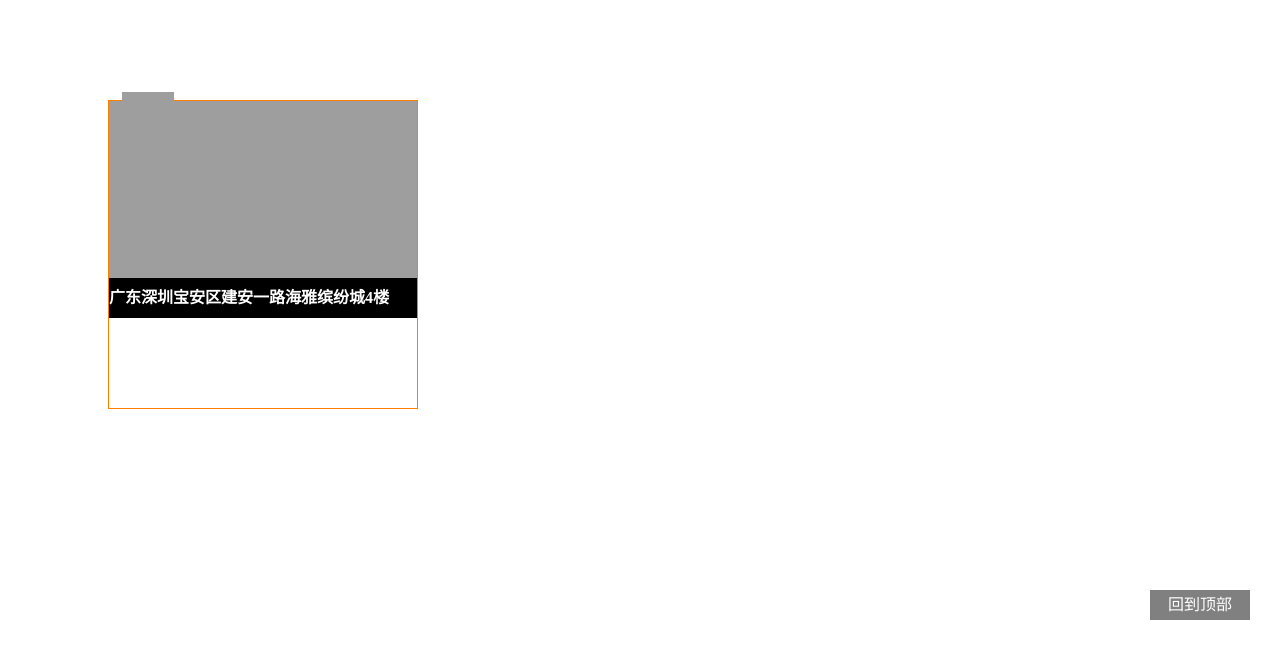
Repository: yuquan1006/-
Page: 02_css/08_定位属性.html
An editor plug-in stored every save of this project. The page is shown before and after the next save, followed by the edit.
The browser window is 1280 px wide. The pictures show the whole page.
Pictures or frames that could not be fetched are drawn as grey boxes.

Above is the page before, as saved 2023-06-28 16:34:25.

### 02_css/08_定位属性.html
<!DOCTYPE html>
<html lang="en">
<head>
    <meta charset="UTF-8">
    <meta name="viewport" content="width=device-width, initial-scale=1.0">
    <title>Document</title>
    <!--
        css定位属性有三种，分别是绝对定位、相对定位、固定定位
            position: absolute;
            position: relative;
            position: fixed;

        相对定位：让元素相对于自己原来的位置，进行位置调整（可用于盒子的位置微调）。
            1）微调元素
            2）做绝对定位的参考，子绝父相
            tip: 相对定位不脱标 相对定位：不脱标，老家留坑，别人不会把它的位置挤走。 也就是说，相对定位的真实位置还在老家，只不过影子出去了，可以到处飘

        绝对定位：定义横纵坐标。原点在父容器的左上角或左下角。横坐标用left表示，纵坐标用top或者bottom表示。
            绝对定位脱标:绝对定位之后，标签就不区分所谓的行内元素、块级元素了，不需要display:block就可以设置宽、高了
            “子绝父相”有意义：这样可以保证父亲没有脱标，儿子脱标在父亲的范围里面移动。于是，工程上经常这样做：父亲浮动，设置相对定位（零偏移），然后让儿子绝对定位一定的距离。

        固定定位：就是相对浏览器窗口进行定位。无论页面如何滚动，这个盒子显示的位置不变。
            用途1：网页右下角的“返回到顶部”
            用途2 顶部导航条
     -->
    <style type="text/css">
        .div1{
            width: 200px;
            height: 200px;
            border: 1px solid red;
        }
        .div2{
            width: 200px;
            height: 200px;
            border: 1px solid red;

            position: relative; /*相对定位：相对于自己原来的位置*/
            left: 20px;         /*横坐标：正值表示向右偏移，负值表示向左偏移*/
            top: 20px;          /*纵坐标：正值表示向下偏移，负值表示向上偏移*/

        }

        .backtop{
			position: fixed;
			bottom: 100px;
			right: 30px;
			width: 100px;
			height: 30px;
			background-color: gray;
			text-align: center;
			line-height:30px;
			color:white;
			text-decoration: none;   /*去掉超链接的下划线*/
		}


                /* 子绝父相 */
		.box{
			margin: 100px;
			width: 308px;
			height: 307px;
			border: 1px solid #FF7E00;
			position: relative;  /*子绝父相*/

		}
		.box .image img{
			width: 308px;
			height: 196px;
		}
		.box .dtc{
			display: block;  /*转为块级元素，才能设置span的宽高*/
			width: 52px;
			height: 28px;
			background-image: url(http://img.smyhvae.com/20180116_1115.png);
			background-position: -108px 0px; /*这里用到了精灵图*/
			position: absolute;  /*采用绝对定位的方式，将精灵图盖在最上层*/
			top: -9px;
			left: 13px;
		}
		.box h4{
			background-color: black;
			color: white;
			width:308px;
			height: 40px;
			line-height: 40px;
			position: absolute;
			top: 156px;
		}

    </style>
</head>
<body>
    <!-- <div class="div1">有生之年</div>
    <div class="div2">想来宪法</div>
    <a  href="#" class="backtop">回到顶部</a> -->
    <div class="box">
        <span class="dtc"></span>
        <div class="image">
            <img src="http://img.smyhvae.com/20180116_1116.jpg" alt="">
        </div>
        <h4>广东深圳宝安区建安一路海雅缤纷城4楼</h4>
    </div>

    <div class="backtop">回到顶部
    </div>
</body>
</html>

After the next save:
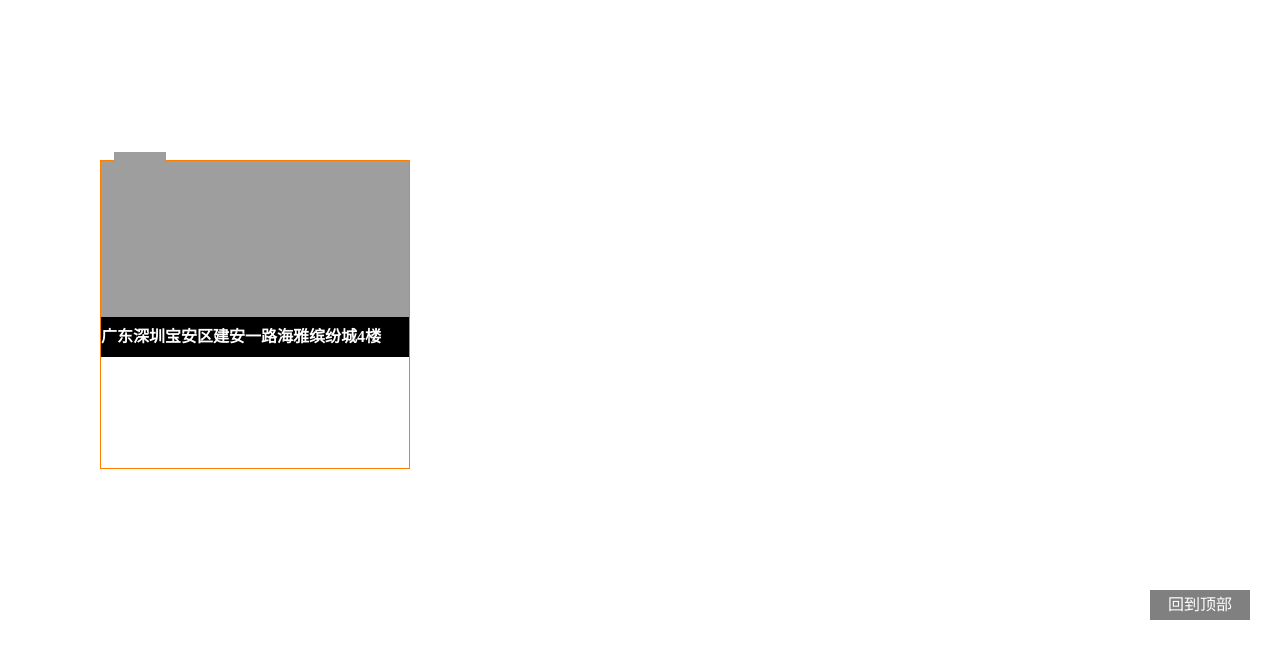
Saved 74 s later.
--- a/02_css/08_定位属性.html
+++ b/02_css/08_定位属性.html
@@ -87,6 +87,66 @@
 			top: 156px;
 		}
 
+
+
+        		*{
+			margin: 0;
+			padding: 0;
+		}
+body{
+			/*为什么要写这个？*/
+			/*不希望我们的页面被nav挡住*/
+			padding-top: 60px;
+			/*IE6不兼容固定定位，所以这个padding没有什么用，就去掉就行了*/
+			_padding-top:0;
+		}
+		.nav{
+			position: fixed;
+			top: 0;
+			left: 0;
+	 		width: 100%;
+			height: 60px;
+			background-color: #333;
+			z-index: 99999999;
+		}
+		.inner_c{
+			width: 1000px;
+			height: 60px;
+			margin: 0 auto;
+
+		}
+		.inner_c ul{
+			list-style: none;
+		}
+		.inner_c ul li{
+			float: left;
+			width: 100px;
+			height: 60px;
+			text-align: center;
+			line-height: 60px;
+		}
+		.inner_c ul li a{
+			display: block;
+			width: 100px;
+			height: 60px;
+			color:white;
+			text-decoration: none;
+		}
+		.inner_c ul li a:hover{
+			background-color: gold;
+		}
+		p{
+			font-size: 30px;
+		}
+		.btn{
+			display: block;
+			width: 120px;
+			height: 30px;
+			background-color: orange;
+			position: relative;
+			top: 2px;
+			left: 1px;
+		}
     </style>
 </head>
 <body>
